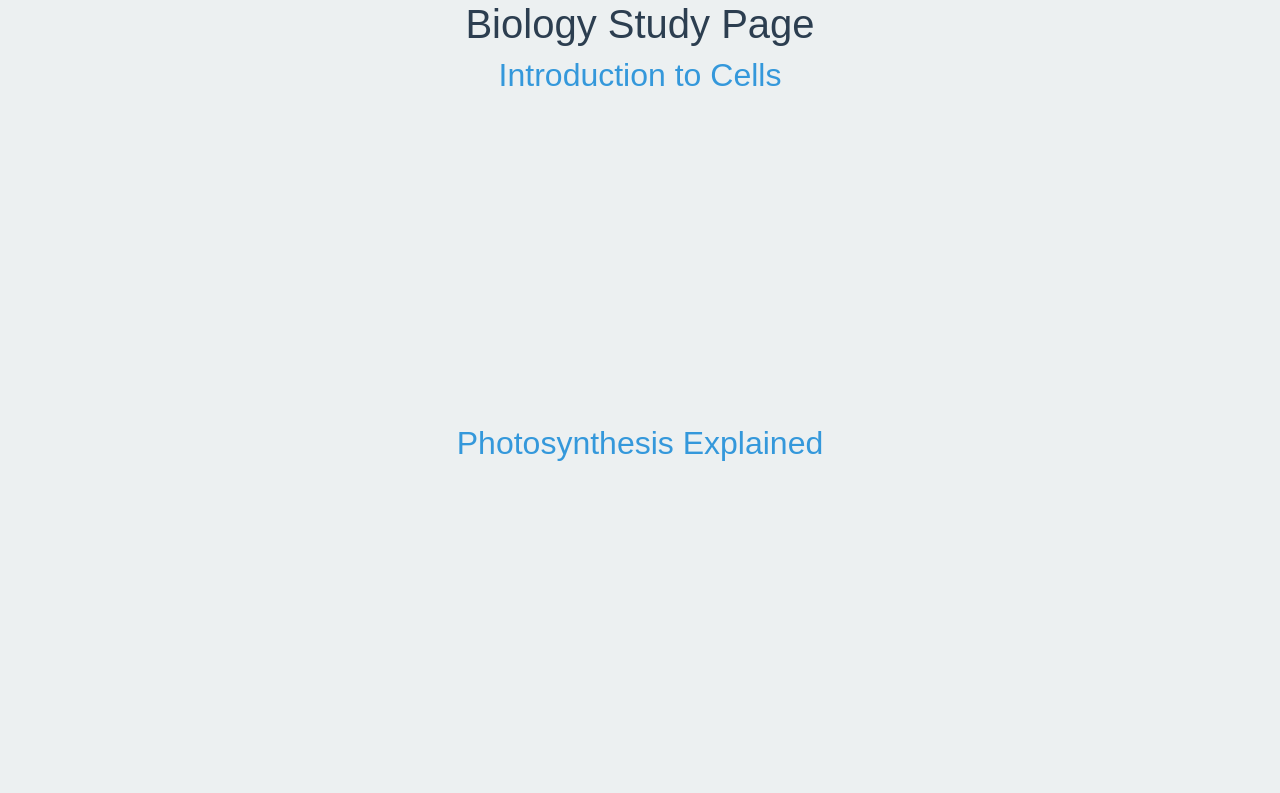
Repository: krmvz/BEMath.kg
Page: /bio
An editor plug-in stored every save of this project. The page is shown before and after a run of saves, followed by the edit.
The browser window is 1280 px wide. The pictures show the whole page.
The project was rebuilt for these pictures with package versions that can differ from the ones it lists, and the page was loaded fresh each time. Also part of the build but not shown: src/firebase.js, src/components/auth/sign.scss, src/components/auth/SignIn.jsx, src/components/auth/SignUp.jsx, src/components/AuthDetails.jsx, src/components/dashboard/Dashboard.jsx.

Above is the page before, as saved 2023-12-18 21:08:58.

### src/App.js
import './App.css';
import SignIn from './components/auth/SignIn';
import SignUp from './components/auth/SignUp';
import AuthDetails from './components/AuthDetails';
import {BrowserRouter, Link, Route, Routes } from "react-router-dom";
import React from 'react';
import Dashboard from './components/dashboard/Dashboard';
import "bootstrap/dist/css/bootstrap.min.css";
import Biology from './components/Biology/biology';

function App() {
  return (
    <div className="App">
      <BrowserRouter>
        <Routes>
          <Route exact path="/" element={<SignIn/>}></Route>
          <Route exact path="/d" element={<SignUp/>}></Route>
          <Route exact path="/dashboard" element={<Dashboard/>}></Route>
          <Route exact path="/bio" element={<Biology/>}></Route>
          <Route exact path="/eng" element={<Dashboard/>}></Route>
          <Route exact path="/math" element={<Dashboard/>}></Route>

        </Routes>
      </BrowserRouter>
    </div>
  );
}

export default App;

### src/components/Biology/biology.jsx
import React from 'react';
import "./biology.scss";

// Install react-player using: npm install react-player
// import React from 'react';
import ReactPlayer from 'react-player';

const Biology = () => {
  const biologyVideos = [
    { id: 1, url: 'https://www.youtube.com/watch?v=tZE_fQFK8EY', title: 'Introduction to Cells' },
    { id: 2, url: 'https://www.youtube.com/watch?v=tZE_fQFK8EY', title: 'Photosynthesis Explained' },
    // Add more videos as needed
  ];

  return (
    <div>
      <h1>Biology Study Page</h1>
      <div>
        {biologyVideos.map(video => (
          <div key={video.id} className="video-container">
            <h2>{video.title}</h2>
            <ReactPlayer
              url={video.url}
              controls
              width="100%"
              height="300px"
            />
          </div>
        ))}
      </div>
    </div>
  );
};
export default Biology;

### src/components/Biology/biology.scss
// biology.scss

$primary-color: #3498db;
$background-color: #ecf0f1;
$text-color: #2c3e50;

body {
  font-family: 'Arial', sans-serif;
  background-color: $background-color;
  color: $text-color;
  margin: 0;
  padding: 0;
}

.video-container {
  margin-bottom: 20px;

  h2 {
    color: $primary-color;
    margin-bottom: 10px;
  }

  .react-player {
    border-radius: 8px;
    overflow: hidden;
  }
}

Loaded but not shown: src/index.js (common file); src/index.css (common file); src/reportWebVitals.js (common file); src/App.css (common file)

After the next 2 saves:
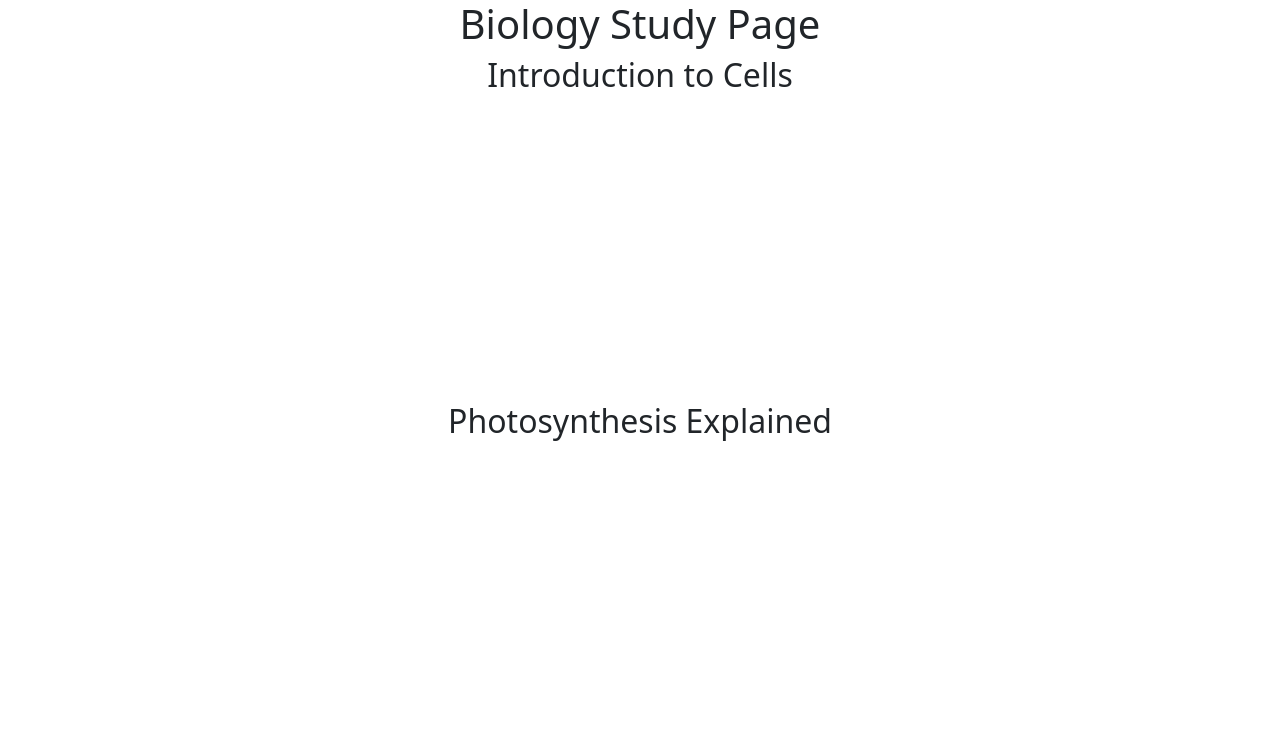
The 2 saves are shown as one change because they came seconds apart.
The last was saved 31 s later.
--- a/src/components/Biology/biology.jsx
+++ b/src/components/Biology/biology.jsx
@@ -1,5 +1,5 @@
 import React from 'react';
-import "./biology.scss";
+import ""
 
 // Install react-player using: npm install react-player
 // import React from 'react';

After the 2 saves that followed:
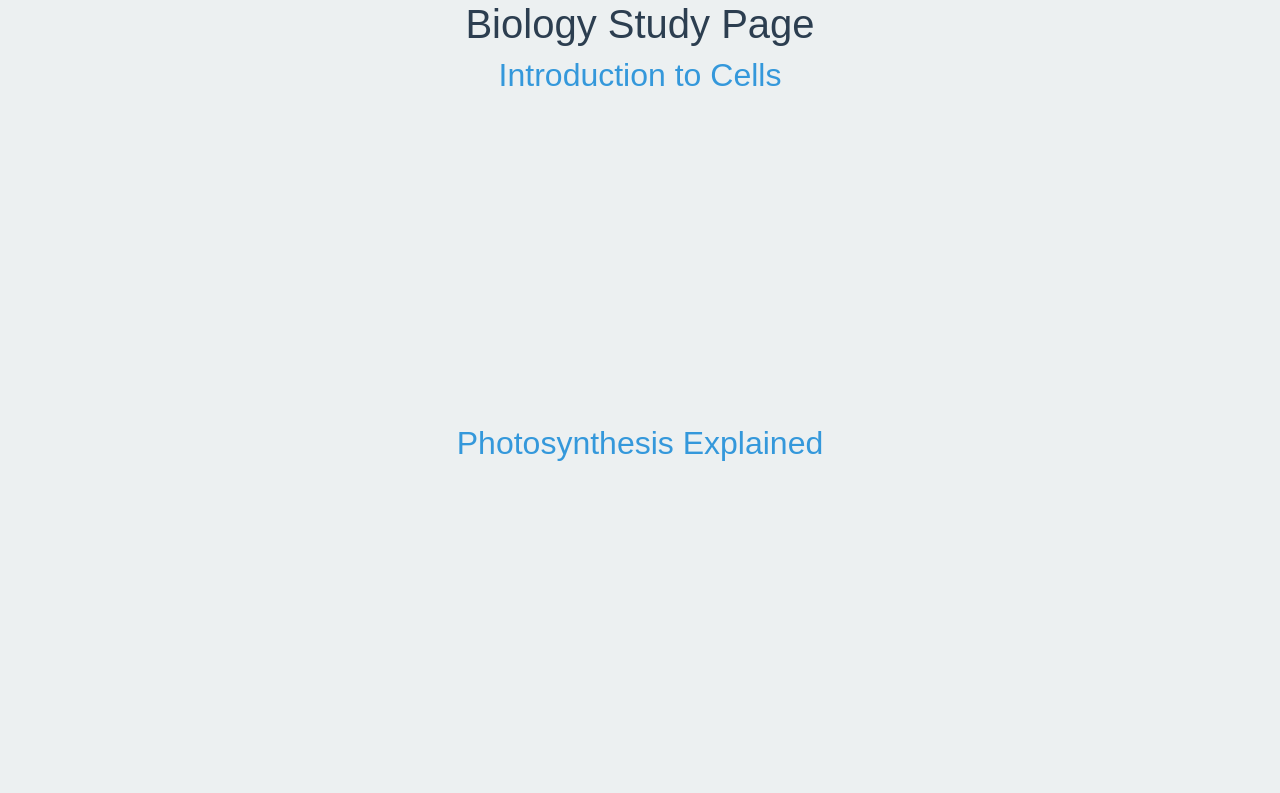
The 2 saves are shown as one change because they came seconds apart.
The last was saved 10 s later.
--- a/src/components/Biology/biology.jsx
+++ b/src/components/Biology/biology.jsx
@@ -1,5 +1,5 @@
 import React from 'react';
-import ""
+import "./biology.scss";
 
 // Install react-player using: npm install react-player
 // import React from 'react';
